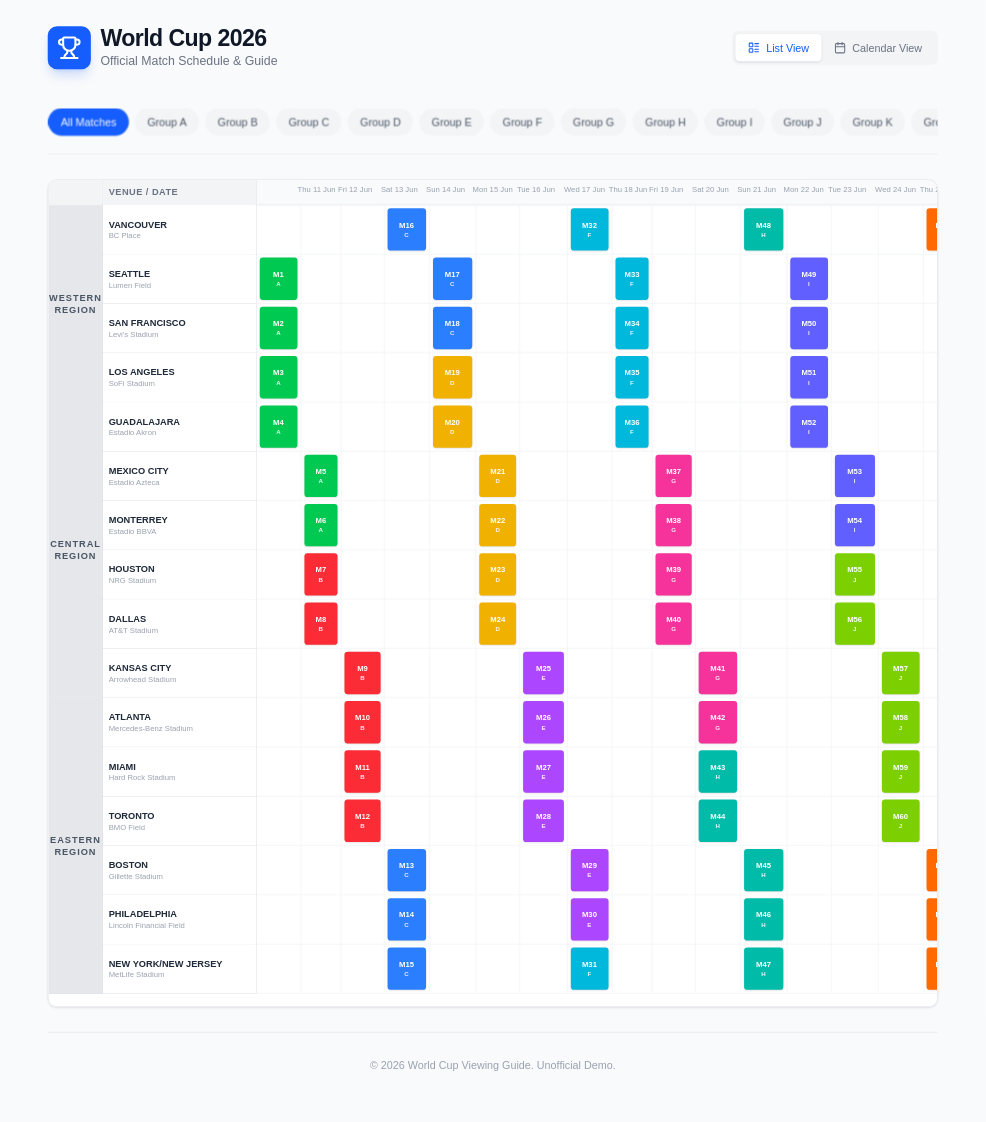
Repository: tc9011/world-cup
Page: /
These files come from the project's save history. The page is drawn as it stood at one moment and after the next save; the edit follows.
The browser window is 1280 px wide. The pictures show the whole page, at 77% of full size.
The project was rebuilt for these pictures with package versions that can differ from the ones it lists, and the page was loaded fresh each time. The framework's server and built-in components were replaced by stand-ins that run in the browser. Also part of the build but not shown: next.config.ts, components/CalendarView.tsx.

Above is the page before, as saved 2025-12-06 12:17:01.

After the next save:
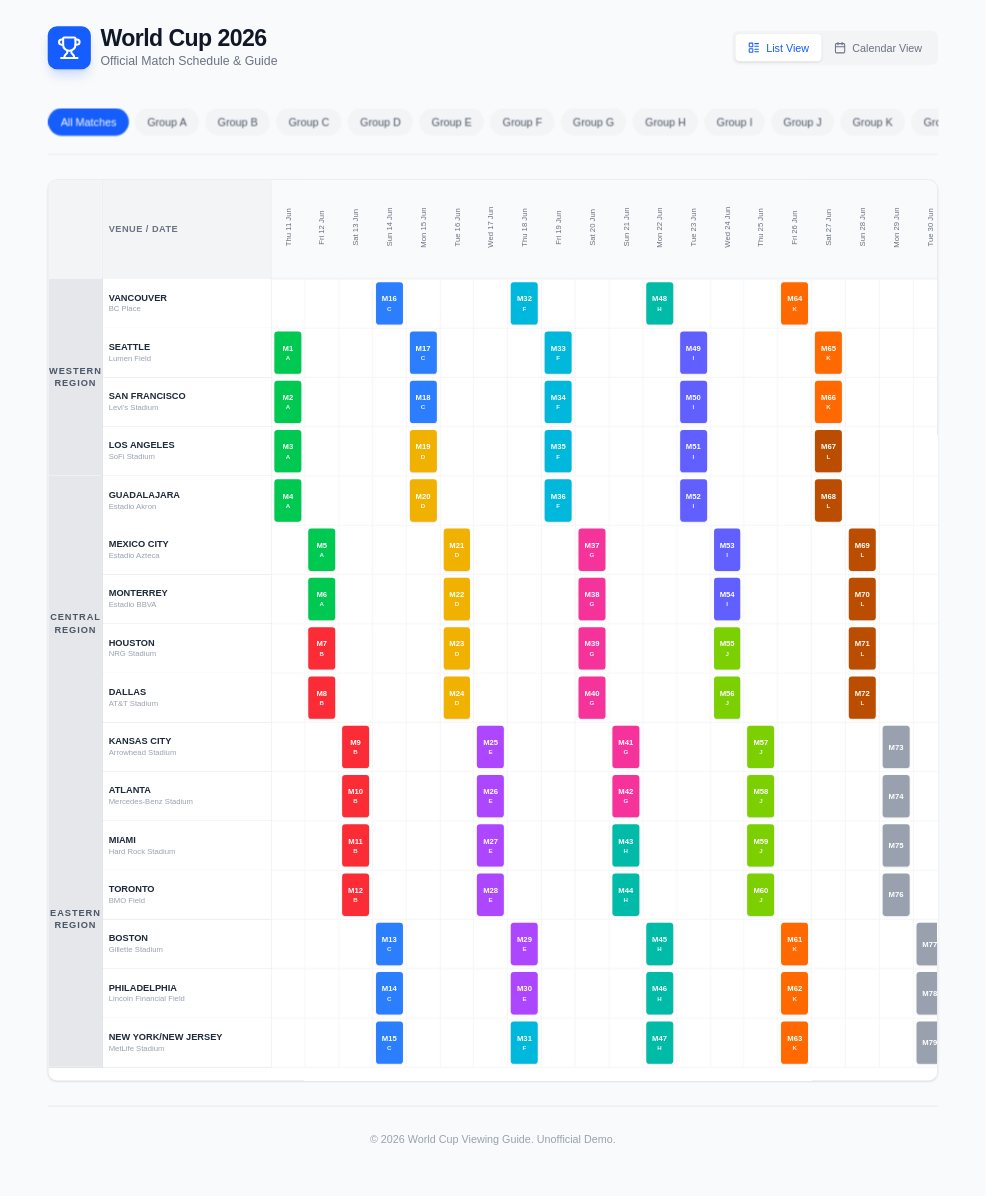
Saved 2 min 11 s later.
--- a/components/ScheduleMatrix.tsx
+++ b/components/ScheduleMatrix.tsx
@@ -59,9 +59,11 @@ export const ScheduleMatrix: React.FC<ScheduleMatrixProps> = ({ matches }) => {
                 Venue / Date
               </th>
               {days.map(day => (
-                <th key={day.toISOString()} className="p-1 border-b border-gray-200 dark:border-gray-700 min-w-[40px] text-center bg-gray-50 dark:bg-gray-900 align-bottom pb-2">
-                  <div className="text-[10px] text-gray-400 font-medium whitespace-nowrap origin-bottom-left translate-x-full mb-1">
-                    {format(day, 'EEE d MMM')}
+                <th key={day.toISOString()} className="p-1 border-b border-gray-200 dark:border-gray-700 min-w-[40px] text-center bg-gray-50 dark:bg-gray-900 align-bottom pb-2 h-32">
+                  <div className="flex items-center justify-center h-full w-full">
+                    <span className="text-[10px] text-gray-500 font-medium whitespace-nowrap [writing-mode:vertical-rl] rotate-180">
+                      {format(day, 'EEE d MMM')}
+                    </span>
                   </div>
                 </th>
               ))}
